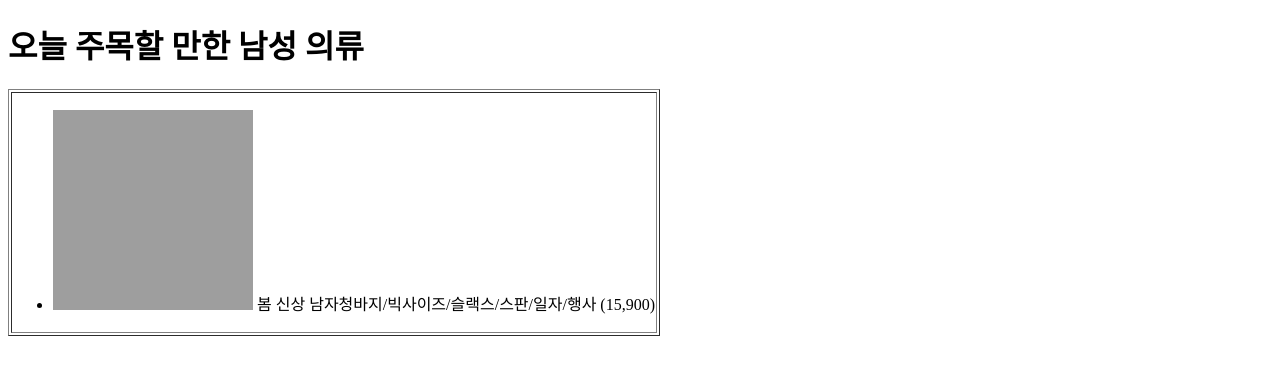
Repository: bjKim2/JSP
Page: HTML/src/main/webapp/Ex02.html
The author's editor kept a copy of each file at every save. The page is drawn from the files as they stood at one save, then again after the next save.
The browser window is 1280 px wide. The pictures show the whole page.
Pictures or frames that could not be fetched are drawn as grey boxes.

Above is the page before, as saved 2022-03-15 03:32:02.

### HTML/src/main/webapp/Ex02.html
<!DOCTYPE html>
<html>
	<head>
	<meta charset="UTF-8">
	<title>Ex02</title>
	</head>
	<body>
		<h1> 오늘 주목할 만한 남성 의류 </h1>

		<table border  = '1'>
			<tr>
				<td>

					<ul>
						<li>
							<img alt='청바지1' src ='https://gdimg.gmarket.co.kr/528849355/still/280?ver=1647052830' width= 200 height = 200>
							봄 신상 남자청바지/빅사이즈/슬랙스/스판/일자/행사 (15,900)
						</li>


					</ul>



				</td>

			</tr>



		</table>

	</body>
</html>

After the next save:
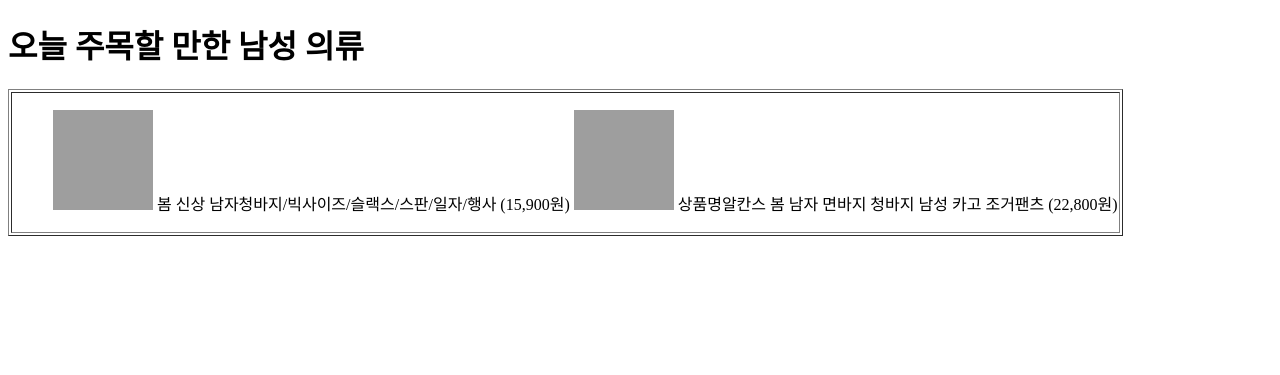
Saved 2 min 13 s later.
--- a/HTML/src/main/webapp/Ex02.html
+++ b/HTML/src/main/webapp/Ex02.html
@@ -12,11 +12,14 @@
 				<td>
 
 					<ul>
-						<li>
-							<img alt='청바지1' src ='https://gdimg.gmarket.co.kr/528849355/still/280?ver=1647052830' width= 200 height = 200>
-							봄 신상 남자청바지/빅사이즈/슬랙스/스판/일자/행사 (15,900)
-						</li>
-
+						<li1>
+							<img alt='청바지1' src ='https://gdimg.gmarket.co.kr/528849355/still/280?ver=1647052830' width= 100 height = 100>
+							봄 신상 남자청바지/빅사이즈/슬랙스/스판/일자/행사 (15,900원)
+						</li1>
+						<li2>
+							<img alt='면바지1' src ='https://gdimg.gmarket.co.kr/1484539439/still/280?ver=1631235575' width= 100 height = 100>
+							상품명알칸스 봄 남자 면바지 청바지 남성 카고 조거팬츠 (22,800원)
+						</li2>
 
 					</ul>
 
